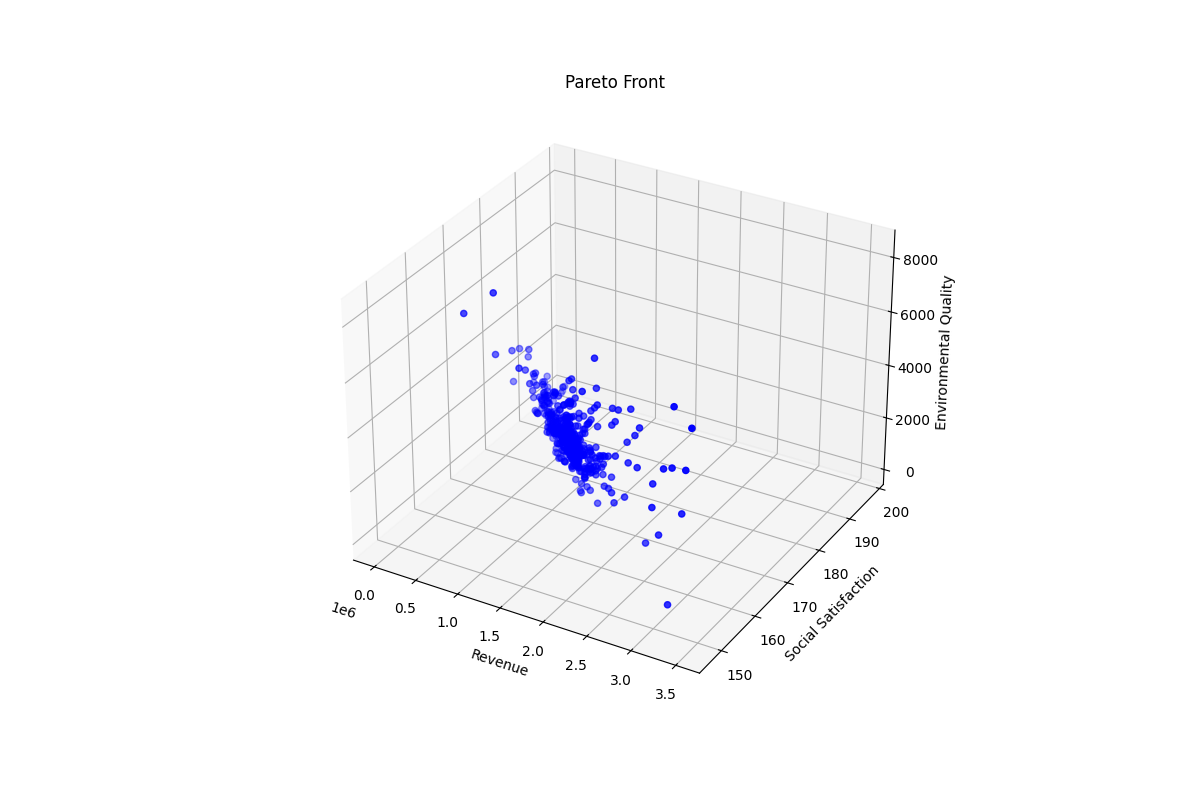
Repository: Kevinye0116/MCM
Script's output: python Coding/trial2.py
These files come from the project's save history. The script's output is drawn as it stood at one moment and after the next save; the edit follows.
Random numbers start from a fixed seed.

Above is the script's output before, as saved 2025-01-25 11:15:14.

### Coding/trial2.py
from typing import List, Tuple

import matplotlib.pyplot as plt
import numpy as np
from mpl_toolkits.mplot3d import Axes3D


class TourismOptimization:
    def __init__(self):
        # 模型系数
        self.k1 = 0.1  # 环保投资效率系数
        self.k2 = 0.05  # 碳排放影响系数
        self.k3 = 0.2  # 自然恢复系数
        self.k4 = 0.15  # 基础设施发展系数
        self.k5 = 0.3  # 基础设施投资系数
        self.k6 = 0.25  # 环保投资系数

        # 社会满意度参数
        self.a1 = 0.01  # 游客数量对居民满意度的影响系数
        self.a2 = 0.02  # 旅游税对游客满意度的影响系数
        self.a3 = 0.015  # 消费水平对游客满意度的影响系数
        self.b1 = 100  # 居民基础满意度
        self.b2 = 100  # 游客基础满意度

        # 发展参数
        self.gamma = 0.1  # 游客增长率
        self.delta = 0.05  # 环境影响因子

        # 约束条件上限
        self.Nt_max = 5000000  # 最大游客数量
        self.tau_max = 100  # 最大旅游税
        self.Pt_max = 1000  # 最大游客消费
        self.CO2_max = 500000  # 最大碳排放量
        self.E_min = 50  # 最小环境质量指数

        # 其他参数
        self.Ch = 1000  # 隐性成本
        self.CO2p = 0.5  # 人均碳排放量
        self.Rnature = 100  # 自然恢复能力基准值

    def calculate_revenue(self, x: np.ndarray) -> float:
        """
        计算总收入
        Args:
            x: [Nt, tau_t, Pt] - 游客数量、旅游税、人均消费
        Returns:
            总收入
        """
        Nt, tau_t, Pt = x
        Pe = self.k6 * tau_t * Nt  # 环保投资
        Pb = self.k5 * tau_t * Nt  # 基础设施投资
        return (tau_t + Pt) * Nt - Pe - Pb - self.Ch

    def calculate_social_satisfaction(self, x: np.ndarray) -> float:
        """
        计算社会满意度
        Args:
            x: [Nt, tau_t, Pt] - 游客数量、旅游税、人均消费
        Returns:
            总体社会满意度
        """
        Nt, tau_t, Pt = x
        S_residents = -self.a1 * Nt + self.b1  # 居民满意度
        S_tourists = -self.a2 * tau_t - self.a3 * Pt + self.b2  # 游客满意度
        return S_residents + S_tourists

    def calculate_environmental_quality(self, x: np.ndarray) -> float:
        """
        计算环境质量指数
        Args:
            x: [Nt, tau_t, Pt] - 游客数量、旅游税、人均消费
        Returns:
            环境质量指数
        """
        Nt, tau_t, Pt = x
        Pe = self.k6 * tau_t * Nt  # 环保投资
        return self.k1 * Pe - self.k2 * (self.CO2p * Nt) + self.k3 * self.Rnature

    def constraints(self, x: np.ndarray) -> List[float]:
        """
        检查所有约束条件
        Args:
            x: [Nt, tau_t, Pt] - 游客数量、旅游税、人均消费
        Returns:
            约束条件列表，所有值应≥0表示满足约束
        """
        Nt, tau_t, Pt = x
        return [
            self.Nt_max - Nt,  # 游客数量上限约束
            self.tau_max - tau_t,  # 旅游税上限约束
            self.Pt_max - Pt,  # 消费上限约束
            self.CO2_max - Nt * self.CO2p,  # 碳排放约束
            -self.a1 * Nt + self.b1 - 60,  # 居民满意度最低要求
            Nt,  # 游客数量非负
            tau_t,  # 旅游税非负
            Pt,  # 消费非负
        ]

    def is_feasible(self, x: np.ndarray) -> bool:
        """
        检查解是否满足所有约束条件
        """
        return all(c >= 0 for c in self.constraints(x))

    def dominates(
        self, obj1: Tuple[float, float, float], obj2: Tuple[float, float, float]
    ) -> bool:
        """
        检查obj1是否支配obj2
        Args:
            obj1, obj2: (收入, 满意度, 环境质量)
        Returns:
            True如果obj1支配obj2
        """
        return all(o1 >= o2 for o1, o2 in zip(obj1, obj2)) and any(
            o1 > o2 for o1, o2 in zip(obj1, obj2)
        )

    def crossover_and_mutate(
        self, parent1: np.ndarray, parent2: np.ndarray
    ) -> np.ndarray:
        """
        进行交叉和变异操作
        Args:
            parent1, parent2: 父代解
        Returns:
            新的子代解
        """
        # 算术交叉
        alpha = np.random.random()
        child = alpha * parent1 + (1 - alpha) * parent2

        # 变异
        mutation_rate = 0.1
        if np.random.random() < mutation_rate:
            mutation_strength = 0.1
            child += np.random.normal(0, mutation_strength, size=3)

        # 确保在约束范围内
        child[0] = np.clip(child[0], 0, self.Nt_max)
        child[1] = np.clip(child[1], 0, self.tau_max)
        child[2] = np.clip(child[2], 0, self.Pt_max)

        return child

    def pareto_optimization(
        self, population_size: int = 100, generations: int = 50
    ) -> List[np.ndarray]:
        """
        执行帕累托优化
        Args:
            population_size: 种群大小
            generations: 迭代代数
        Returns:
            帕累托最优解集
        """
        # 初始化种群
        population = []
        while len(population) < population_size:
            x = np.array(
                [
                    np.random.uniform(0, self.Nt_max),
                    np.random.uniform(0, self.tau_max),
                    np.random.uniform(0, self.Pt_max),
                ]
            )
            if self.is_feasible(x):
                population.append(x)

        pareto_front = []
        for generation in range(generations):
            # 评估当前种群的目标函数值
            objectives = []
            for solution in population:
                if self.is_feasible(solution):
                    obj1 = self.calculate_revenue(solution)
                    obj2 = self.calculate_social_satisfaction(solution)
                    obj3 = self.calculate_environmental_quality(solution)
                    objectives.append((obj1, obj2, obj3))
                else:
                    objectives.append((-np.inf, -np.inf, -np.inf))

            # 更新帕累托前沿
            for i, solution in enumerate(population):
                if not self.is_feasible(solution):
                    continue
                dominated = False
                for j, other_solution in enumerate(population):
                    if (
                        i != j
                        and self.is_feasible(other_solution)
                        and self.dominates(objectives[j], objectives[i])
                    ):
                        dominated = True
                        break
                if not dominated:
                    pareto_front.append(solution)

            # 生成新种群
            new_population = []
            while len(new_population) < population_size:
                # 锦标赛选择
                tournament = np.random.choice(len(population), 2, replace=False)
                if objectives[tournament[0]][0] > objectives[tournament[1]][0]:
                    parent1 = population[tournament[0]]
                else:
                    parent1 = population[tournament[1]]

                tournament = np.random.choice(len(population), 2, replace=False)
                if objectives[tournament[0]][1] > objectives[tournament[1]][1]:
                    parent2 = population[tournament[0]]
                else:
                    parent2 = population[tournament[1]]

                # 交叉和变异
                child = self.crossover_and_mutate(parent1, parent2)
                if self.is_feasible(child):
                    new_population.append(child)

            population = new_population

        # 移除重复解
        pareto_front = np.unique(pareto_front, axis=0)
        return pareto_front

    def visualize_pareto_front(self, pareto_front: List[np.ndarray]):
        """
        可视化帕累托前沿
        Args:
            pareto_front: 帕累托最优解集
        """
        if len(pareto_front) == 0:
            print("No feasible solutions found!")
            return

        objectives = np.array(
            [
                [
                    self.calculate_revenue(x),
                    self.calculate_social_satisfaction(x),
                    self.calculate_environmental_quality(x),
                ]
                for x in pareto_front
            ]
        )

        fig = plt.figure(figsize=(12, 8))
        ax = fig.add_subplot(111, projection="3d")

        scatter = ax.scatter(
            objectives[:, 0], objectives[:, 1], objectives[:, 2], c="b", marker="o"
        )

        ax.set_xlabel("Revenue")
        ax.set_ylabel("Social Satisfaction")
        ax.set_zlabel("Environmental Quality")
        ax.set_title("Pareto Front")

        plt.show()


def main():
    # 设置随机种子以保证结果可重复
    np.random.seed(42)

    # 创建优化器实例
    optimizer = TourismOptimization()

    # 运行优化
    print("Running optimization...")
    pareto_front = optimizer.pareto_optimization(population_size=100, generations=50)

    # 输出结果
    print(f"\nFound {len(pareto_front)} best solutions")
    print("\nShow top 20 solutions:")
    for i, solution in enumerate(pareto_front[:20]):
        Nt, tau_t, Pt = solution
        revenue = optimizer.calculate_revenue(solution)
        satisfaction = optimizer.calculate_social_satisfaction(solution)
        environment = optimizer.calculate_environmental_quality(solution)

        print(f"\nSolution {i+1}:")
        print(f"Tourists: {Nt:.0f}")
        print(f"Tax: {tau_t:.2f}")
        print(f"Expenses per tourist: {Pt:.2f}")
        print(f"Total revenue: {revenue:.2f}")
        print(f"Social satisfaction: {satisfaction:.2f}")
        print(f"Environmental quality: {environment:.2f}")

    # 可视化结果
    optimizer.visualize_pareto_front(pareto_front)


if __name__ == "__main__":
    main()

After the next save:
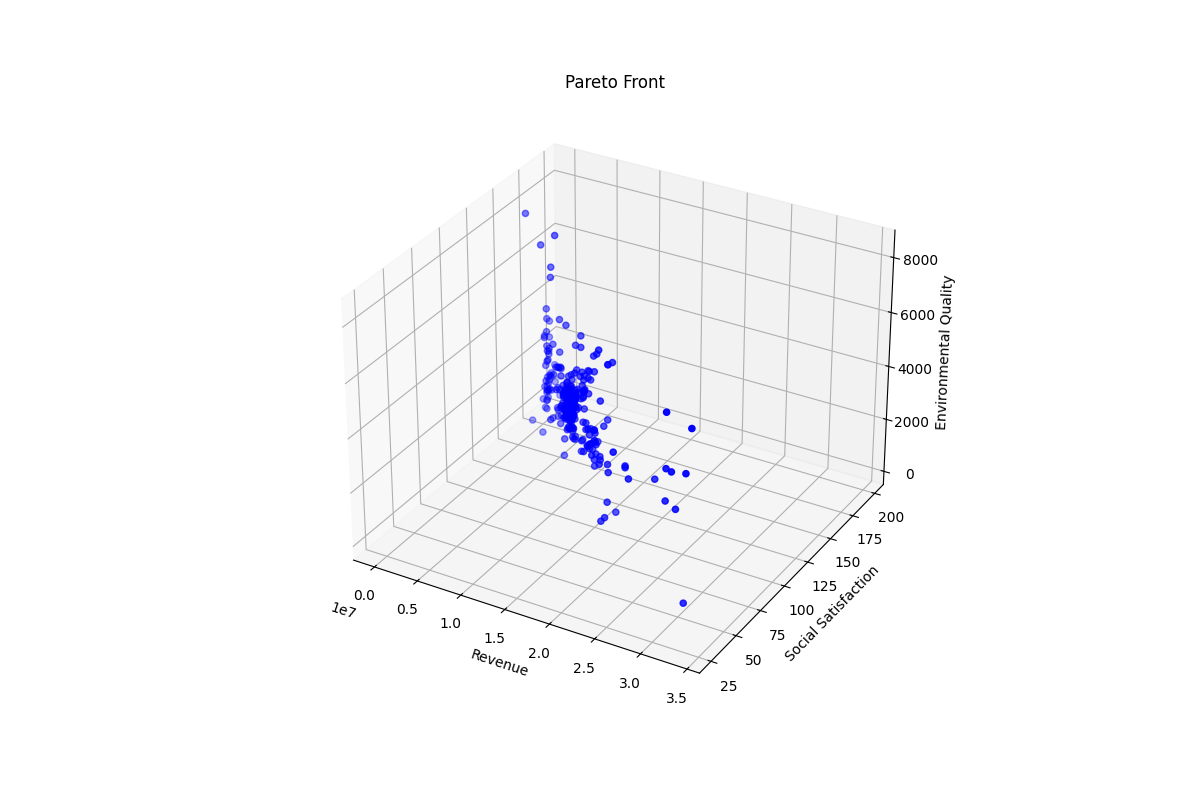
Saved 17 s later.
--- a/Coding/trial2.py
+++ b/Coding/trial2.py
@@ -29,8 +29,8 @@ class TourismOptimization:
         # 约束条件上限
         self.Nt_max = 5000000  # 最大游客数量
         self.tau_max = 100  # 最大旅游税
-        self.Pt_max = 1000  # 最大游客消费
-        self.CO2_max = 500000  # 最大碳排放量
+        self.Pt_max = 10000  # 最大游客消费
+        self.CO2_max = 5000000  # 最大碳排放量
         self.E_min = 50  # 最小环境质量指数
 
         # 其他参数
@@ -273,7 +273,7 @@ def main():
     # 输出结果
     print(f"\nFound {len(pareto_front)} best solutions")
     print("\nShow top 20 solutions:")
-    for i, solution in enumerate(pareto_front[:20]):
+    for i, solution in enumerate(pareto_front[:]):
         Nt, tau_t, Pt = solution
         revenue = optimizer.calculate_revenue(solution)
         satisfaction = optimizer.calculate_social_satisfaction(solution)
